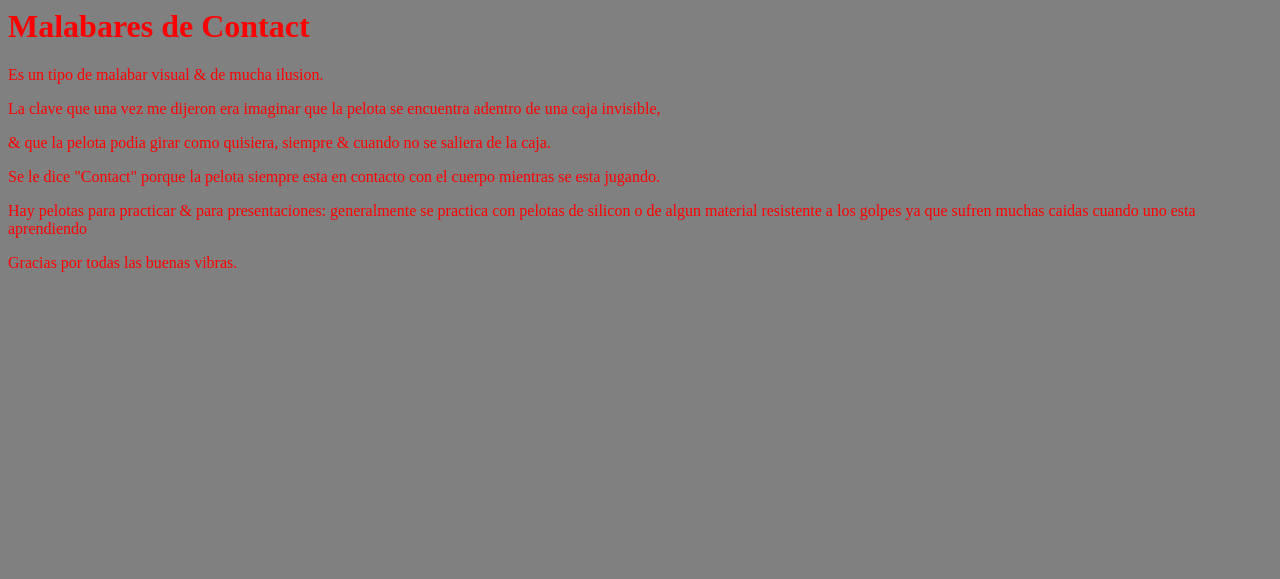
Repository: soloestuardo/bootstrap
Page: proyectos/num3/primeros_estilos.html
The author's editor kept a record of every edit. The page is drawn from the files as they stood at one moment, then again after the next edit.
The browser window is 1280 px wide. The pictures show the whole page.

Above is the page before.

### proyectos/num3/primeros_estilos.html
<html>
    <head>
        <title> Contact Juggling </title>
        <link rel="stylesheet" href="miprimerestilo.css">
    </head>
    <body>
        <header>
            <h1> Malabares de Contact </h1>
        </header>
        <article>
            <p> Es un tipo de malabar visual & de mucha ilusion. </p>
            <p> La clave que una vez me dijeron era imaginar que la pelota se encuentra adentro de una caja invisible, </p>
            <p> & que la pelota podia girar como quisiera, siempre & cuando no se saliera de la caja. </p>
            <p> Se le dice "Contact" porque la pelota siempre esta en contacto con el cuerpo mientras se esta jugando. </p>
            <p> Hay pelotas para practicar & para presentaciones: generalmente se practica con pelotas de silicon o de algun material resistente a los golpes ya que sufren muchas caidas cuando uno esta aprendiendo </p>
        </article>
        <footer>
            <p> Gracias por todas las buenas vibras. </p>
        </footer>
    </body>
</html>

### proyectos/num3/miprimerestilo.css
body
{
    background-color:gray;
}

h1,p
{
    color:red;
}

.colortext
{
    color:blue;
}

h2 {
    font-family: 'Roboto', sans-serif;
}

div {
    background-image: url("contact.jpg");
    background-size: 100% 100%;
    width:200px;
    height:200px;
}

After the next edit:
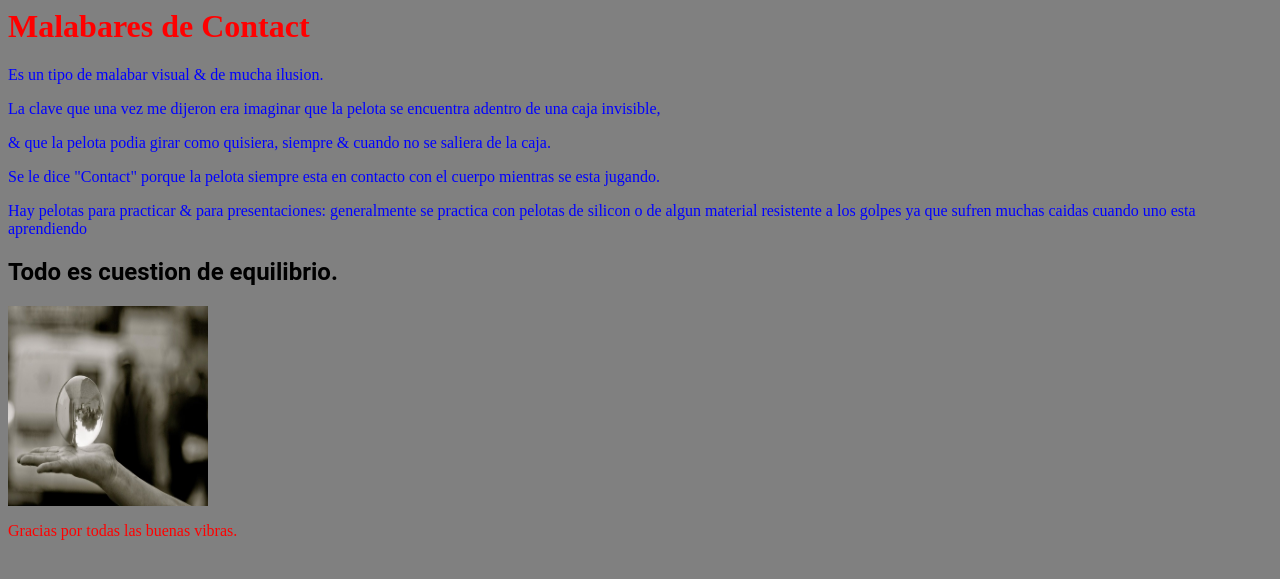
The edit:
--- a/proyectos/num3/primeros_estilos.html
+++ b/proyectos/num3/primeros_estilos.html
@@ -8,12 +8,16 @@
             <h1> Malabares de Contact </h1>
         </header>
         <article>
-            <p> Es un tipo de malabar visual & de mucha ilusion. </p>
-            <p> La clave que una vez me dijeron era imaginar que la pelota se encuentra adentro de una caja invisible, </p>
-            <p> & que la pelota podia girar como quisiera, siempre & cuando no se saliera de la caja. </p>
-            <p> Se le dice "Contact" porque la pelota siempre esta en contacto con el cuerpo mientras se esta jugando. </p>
-            <p> Hay pelotas para practicar & para presentaciones: generalmente se practica con pelotas de silicon o de algun material resistente a los golpes ya que sufren muchas caidas cuando uno esta aprendiendo </p>
+            <p class="colortext"> Es un tipo de malabar visual & de mucha ilusion. </p>
+            <p class="colortext"> La clave que una vez me dijeron era imaginar que la pelota se encuentra adentro de una caja invisible, </p>
+            <p class="colortext"> & que la pelota podia girar como quisiera, siempre & cuando no se saliera de la caja. </p>
+            <p class="colortext"> Se le dice "Contact" porque la pelota siempre esta en contacto con el cuerpo mientras se esta jugando. </p>
+            <p class="colortext"> Hay pelotas para practicar & para presentaciones: generalmente se practica con pelotas de silicon o de algun material resistente a los golpes ya que sufren muchas caidas cuando uno esta aprendiendo </p>
         </article>
+        <h2>Todo es cuestion de equilibrio.</h2>
+        <div>
+            <!DOCTYPE Aquí va la imagen>
+        </div>
         <footer>
             <p> Gracias por todas las buenas vibras. </p>
         </footer>
